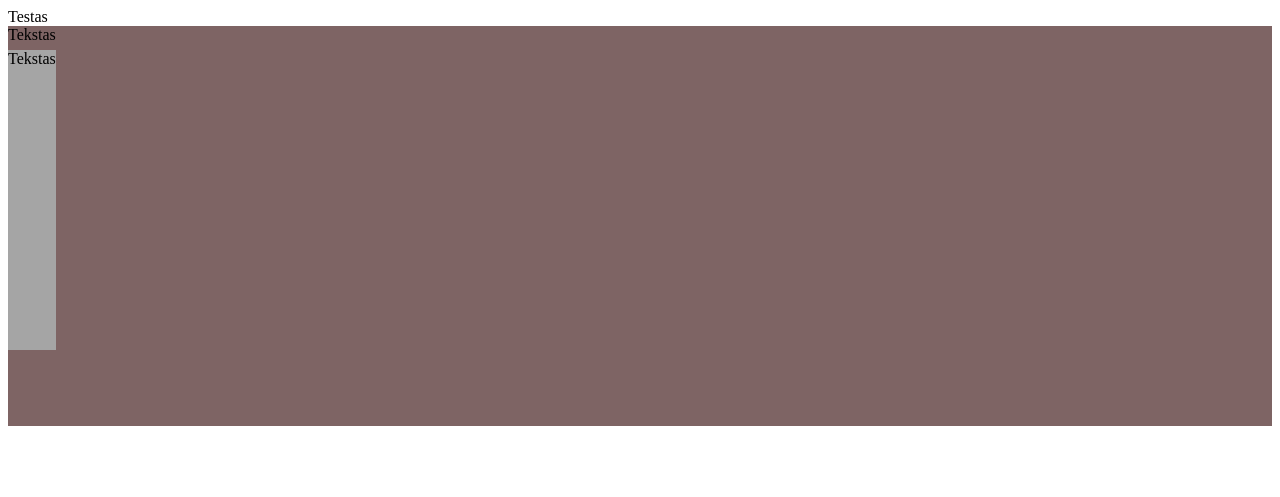
Repository: motiejus1/13-paskaita-05.31
Page: index.html
These files come from the project's save history. The page is drawn as it stood at one moment and after a run of saves; the edit follows.
The browser window is 1280 px wide. The pictures show the whole page.

Above is the page before, as saved 2021-06-21 19:29:56.

After the next 2 saves:
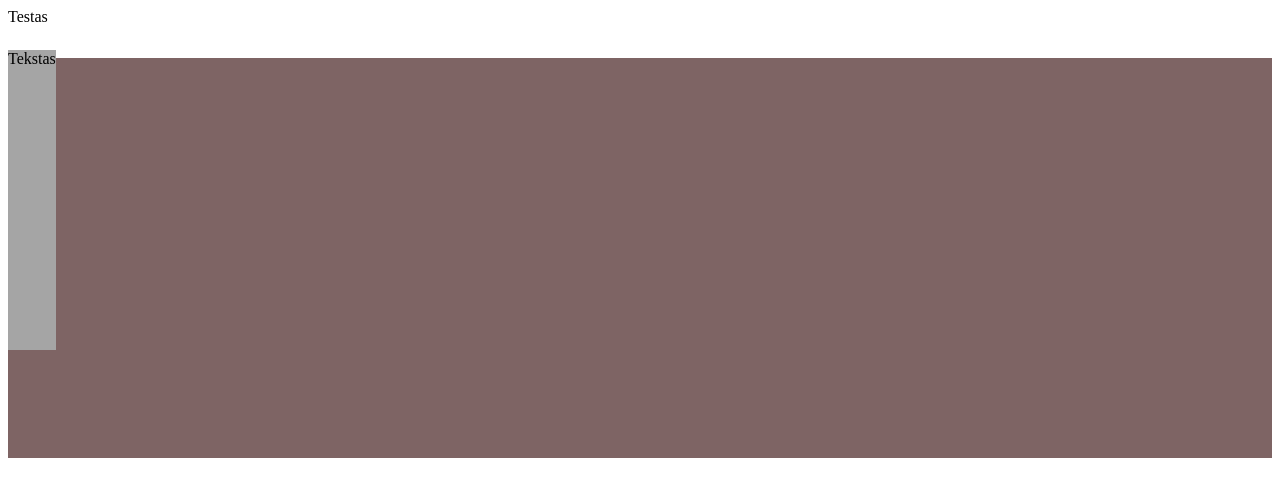
The 2 saves are shown as one change because they came seconds apart.
The last was saved 8 s later.
--- a/index.html
+++ b/index.html
@@ -14,7 +14,9 @@
         }
 
         .kvadratelis {
-            width: 50px
+            width: 50px;
+            height: 50px;
+            backgor
 
         }
 
